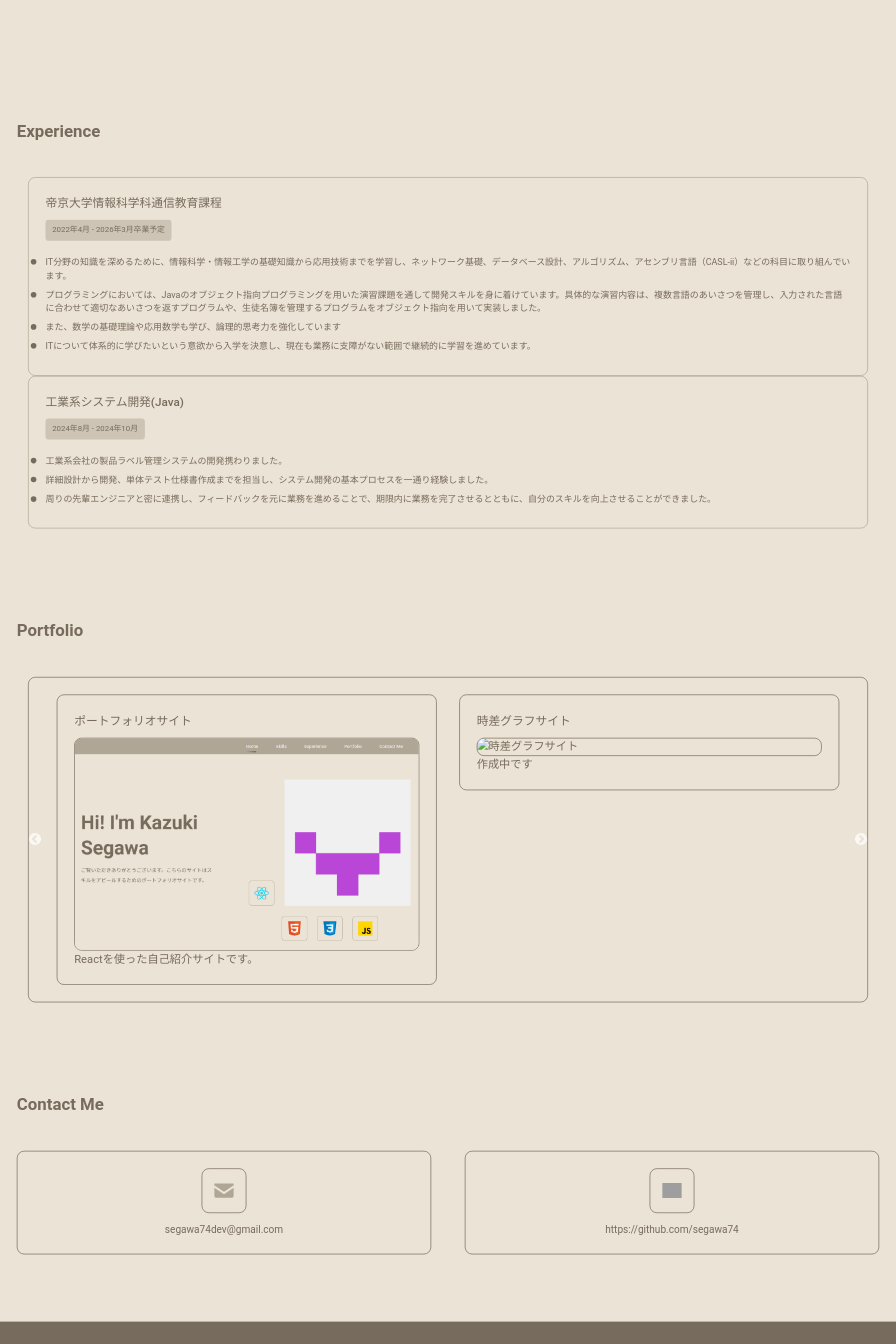
Repository: segawa74/SegawaSite
Page: /
The author's editor kept a copy of each file at every save. The page is drawn from the files as they stood at one save, then again after the next save.
The browser window is 1280 px wide. The pictures show the part of the page from y = 1100 to 3020 px (the page is 3020 px tall before and 2830 px after), at 70% of full size.
Pictures or frames that could not be fetched are drawn as grey boxes. The project was rebuilt for these pictures with package versions that can differ from the ones it lists, and the page was loaded fresh each time. Also part of the build but not shown: vite.config.ts.

Above is the page before, as saved 2024-10-23 18:57:52.

### src/main.tsx
import { StrictMode } from "react";
import { createRoot } from "react-dom/client";
import App from "./App.js";
import "./index.css";
import "slick-carousel/slick/slick.css";
import "slick-carousel/slick/slick-theme.css";

const rootElement = document.getElementById("root");

if (rootElement) {
  createRoot(rootElement).render(
    <StrictMode>
      <App />
    </StrictMode>
  );
} else {
  console.error("Root element not found");
}

### src/App.tsx
import "./App.css";
import Hero from "./components/Hero/Hero";
import Navbar from "./components/Navbar/Navbar";
import Skills from "./components/Skills/Skills";
import Experience from "./components/Experience/Experience";
import Portfolio from "./components/Portfolio/Portfolio";
import ContactMe from "./components/ContactMe/ContactMe";
import Footer from "./components/Footer/Footer";

function App() {
  return (
    <>
      <Navbar />
      <div className="container">
        <Hero />
        <Skills />
        <Experience />
        <Portfolio />
        <ContactMe />
      </div>
      <Footer />
    </>
  );
}

export default App;

### src/index.css
@import url("https://fonts.googleapis.com/css2?family=Material+Symbols+Outlined");

@tailwind base;
@tailwind components;
@tailwind utilities;

* {
  font-family: Roboto, 'Noto Sans JP', sans-serif;
  margin: 0;
  box-sizing: border-box;
}

body {

  color: #776B5D;
  background-color: #EBE3D5;
}

### src/App.css
.container {
  max-width: 1300px !important;
  margin: 0 auto;
  position: relative;
}

@media (max-width: 1300px) {
  .container {
    padding: 0 1.5rem;
  }
}

@media (max-width: 1380px) {
  .container {
    padding: 0 1.5rem;
  }
}

### src/components/Hero/Hero.tsx
import { Button } from "@/components/ui/button";
import { motion } from "framer-motion";

const techIcons = [
  { src: "/assets/images/img01.png", alt: "Technology 1" },
  { src: "/assets/images/img02.png", alt: "Technology 2" },
  { src: "/assets/images/img03.png", alt: "Technology 3" },
  { src: "/assets/images/img04.png", alt: "Technology 4" },
];

const Hero: React.FC = () => {
  return (
    <section id="hero" className="py-20 md:py-32 bg-background">
      <div className="container mx-auto px-4 flex flex-col md:flex-row items-center justify-between">
        <motion.div
          initial={{ opacity: 0, y: 20 }}
          animate={{ opacity: 1, y: 0 }}
          transition={{ duration: 0.5 }}
          className="md:w-1/2 mb-10 md:mb-0"
        >
          <h1 className="text-4xl md:text-5xl font-bold mb-4 text-foreground">
            Hi! I&apos;m Kazuki Segawa
          </h1>
          <p className="text-lg mb-6 text-muted-foreground">
            ご覧いただきありがとうございます。こちらのサイトはスキルをアピールするためのポートフォリオサイトです。
          </p>
          <Button asChild>
            <a href="#contact">お問い合わせ</a>
          </Button>
        </motion.div>

        <motion.div
          initial={{ opacity: 0, scale: 0.9 }}
          animate={{ opacity: 1, scale: 1 }}
          transition={{ duration: 0.5 }}
          className="md:w-1/2 flex flex-col items-center"
        >
          <div className="relative mb-8">
            <img
              src="/assets/images/identicon.png"
              alt="Kazuki Segawa"
              className="w-48 h-48 rounded-full shadow-lg"
            />
          </div>
          <div className="grid grid-cols-4 gap-4">
            {techIcons.map((icon, index) => (
              <motion.div
                key={index}
                initial={{ opacity: 0, y: 20 }}
                animate={{ opacity: 1, y: 0 }}
                transition={{ duration: 0.5, delay: index * 0.1 }}
              >
                <img
                  src={icon.src}
                  alt={icon.alt}
                  className="w-12 h-12 object-contain"
                />
              </motion.div>
            ))}
          </div>
        </motion.div>
      </div>
    </section>
  );
};

export default Hero;

### src/components/Navbar/Navbar.tsx
"use client";

import * as React from "react";
import { Link } from "react-scroll";
import { Menu } from "lucide-react";
import { Button } from "@/components/ui/button";
import { Sheet, SheetContent, SheetTrigger } from "@/components/ui/sheet";
import { cn } from "@/lib/utils";

const menuItems = [
  { name: "Home", to: "hero", offset: -80 },
  { name: "Skills", to: "skills", offset: -120 },
  { name: "Experience", to: "exp", offset: -100 },
  { name: "Portfolio", to: "pf", offset: -100 },
  { name: "Contact Me", to: "contact-me", offset: -100 },
];

export function NavBar() {
  const [activeSection, setActiveSection] = React.useState("");

  const handleSetActive = (to: string) => {
    setActiveSection(to);
  };

  return (
    <nav className="sticky top-0 z-30 w-full backdrop-blur-sm bg-background/80 border-b border-border">
      <div className="container flex h-16 items-center justify-between">
        <div className="flex items-center space-x-4">
          {menuItems.map((item) => (
            <Link
              key={item.to}
              activeClass="text-primary font-semibold"
              to={item.to}
              spy={true}
              smooth={true}
              offset={item.offset}
              onSetActive={() => handleSetActive(item.to)}
              className={cn(
                "text-sm font-medium transition-colors hover:text-primary",
                activeSection === item.to
                  ? "text-primary font-semibold"
                  : "text-muted-foreground"
              )}
            >
              {item.name}
            </Link>
          ))}
        </div>
        <Sheet>
          <SheetTrigger asChild>
            <Button variant="outline" size="icon" className="md:hidden">
              <Menu className="h-5 w-5" />
              <span className="sr-only">Toggle menu</span>
            </Button>
          </SheetTrigger>
          <SheetContent side="right">
            <MobileNav />
          </SheetContent>
        </Sheet>
      </div>
    </nav>
  );
}

function MobileNav() {
  return (
    <div className="flex flex-col space-y-4 mt-4">
      {menuItems.map((item) => (
        <Link
          key={item.to}
          to={item.to}
          spy={true}
          smooth={true}
          offset={item.offset}
          className="text-sm font-medium transition-colors hover:text-primary"
        >
          {item.name}
        </Link>
      ))}
    </div>
  );
}

export default NavBar;

### src/components/Experience/Experience.tsx
import "./Experience.css";
import ExperienceCard from "./ExperienceCard/ExperienceCard";
import { EXPERIENCE } from "../../utils/data";

interface ExperienceDetails {
  title: string;
  date: string;
  responsibilities: string[];
}

const Experience: React.FC = () => {
  return (
    <section id="exp" className="experience-container">
      <h5>Experience</h5>

      <div className="experience-content">
        {EXPERIENCE.map((item: ExperienceDetails) => (
          <ExperienceCard key={item.title} details={item} />
        ))}
      </div>
    </section>
  );
};

export default Experience;

### src/components/Portfolio/Portfolio.tsx
import { useRef } from "react";
import "./Portfolio.css";
import { PORTFOLIO } from "../../utils/data";
import PortfolioCard from "./PortfolioCard/PortfolioCard";
import Slider from "react-slick";

interface PortfolioItem {
  title: string;
}

const Portfolio = () => {
  const sliderRef = useRef<Slider>(null);

  const settings = {
    dots: false,
    infinite: true,
    speed: 500,
    slidesToShow: 2,
    slidesToScroll: 1,
    arrows: true,
    responsive: [
      {
        breakpoint: 769,
        settings: {
          slidesToShow: 1,
          slidesToScroll: 1,
        },
      },
    ],
  };

  return (
    <section id="pf" className="portfolio-container">
      <h5>Portfolio</h5>

      <div className="portfolio-item">
        <Slider ref={sliderRef} {...settings}>
          {PORTFOLIO.map((item: PortfolioItem) => (
            <PortfolioCard key={item.title} details={item} />
          ))}
        </Slider>
      </div>
    </section>
  );
};

export default Portfolio;

### src/components/ContactMe/ContactMe.tsx
import "./ContactMe.css";
import ContactInfoCard from "./ContactInfoCard/ContactInfoCard";

const ContactMe: React.FC = () => {
  return (
    <section id="contact-me" className="contact-container">
      <h5>Contact Me</h5>

      <div className="contact-content">
        <ContactInfoCard
          iconUrl="./assets/images/email-icon.svg"
          text="segawa74dev@gmail.com"
        />
        <a
          href="https://github.com/segawa74"
          target="_blank"
          rel="noopener noreferrer"
        >
          <ContactInfoCard
            iconUrl="./assets/images/github-icon.svg"
            text="https://github.com/segawa74"
          />
        </a>
      </div>
    </section>
  );
};

export default ContactMe;

### src/components/Footer/Footer.tsx
import "./Footer.css";

const Footer: React.FC = () => {
  return <div className="footer"></div>;
};

export default Footer;

### src/components/ui/button.tsx
import * as React from "react"
import { Slot } from "@radix-ui/react-slot"
import { cva, type VariantProps } from "class-variance-authority"

import { cn } from "@/lib/utils"

const buttonVariants = cva(
  "inline-flex items-center justify-center gap-2 whitespace-nowrap rounded-md text-sm font-medium ring-offset-background transition-colors focus-visible:outline-none focus-visible:ring-2 focus-visible:ring-ring focus-visible:ring-offset-2 disabled:pointer-events-none disabled:opacity-50 [&_svg]:pointer-events-none [&_svg]:size-4 [&_svg]:shrink-0",
  {
    variants: {
      variant: {
        default: "bg-primary text-primary-foreground hover:bg-primary/90",
        destructive:
          "bg-destructive text-destructive-foreground hover:bg-destructive/90",
        outline:
          "border border-input bg-background hover:bg-accent hover:text-accent-foreground",
        secondary:
          "bg-secondary text-secondary-foreground hover:bg-secondary/80",
        ghost: "hover:bg-accent hover:text-accent-foreground",
        link: "text-primary underline-offset-4 hover:underline",
      },
      size: {
        default: "h-10 px-4 py-2",
        sm: "h-9 rounded-md px-3",
        lg: "h-11 rounded-md px-8",
        icon: "h-10 w-10",
      },
    },
    defaultVariants: {
      variant: "default",
      size: "default",
    },
  }
)

export interface ButtonProps
  extends React.ButtonHTMLAttributes<HTMLButtonElement>,
    VariantProps<typeof buttonVariants> {
  asChild?: boolean
}

const Button = React.forwardRef<HTMLButtonElement, ButtonProps>(
  ({ className, variant, size, asChild = false, ...props }, ref) => {
    const Comp = asChild ? Slot : "button"
    return (
      <Comp
        className={cn(buttonVariants({ variant, size, className }))}
        ref={ref}
        {...props}
      />
    )
  }
)
Button.displayName = "Button"

export { Button, buttonVariants }

### src/components/ui/card.tsx
import * as React from "react"

import { cn } from "@/lib/utils"

const Card = React.forwardRef<
  HTMLDivElement,
  React.HTMLAttributes<HTMLDivElement>
>(({ className, ...props }, ref) => (
  <div
    ref={ref}
    className={cn(
      "rounded-lg border bg-card text-card-foreground shadow-sm",
      className
    )}
    {...props}
  />
))
Card.displayName = "Card"

const CardHeader = React.forwardRef<
  HTMLDivElement,
  React.HTMLAttributes<HTMLDivElement>
>(({ className, ...props }, ref) => (
  <div
    ref={ref}
    className={cn("flex flex-col space-y-1.5 p-6", className)}
    {...props}
  />
))
CardHeader.displayName = "CardHeader"

const CardTitle = React.forwardRef<
  HTMLParagraphElement,
  React.HTMLAttributes<HTMLHeadingElement>
>(({ className, ...props }, ref) => (
  <h3
    ref={ref}
    className={cn(
      "text-2xl font-semibold leading-none tracking-tight",
      className
    )}
    {...props}
  />
))
CardTitle.displayName = "CardTitle"

const CardDescription = React.forwardRef<
  HTMLParagraphElement,
  React.HTMLAttributes<HTMLParagraphElement>
>(({ className, ...props }, ref) => (
  <p
    ref={ref}
    className={cn("text-sm text-muted-foreground", className)}
    {...props}
  />
))
CardDescription.displayName = "CardDescription"

const CardContent = React.forwardRef<
  HTMLDivElement,
  React.HTMLAttributes<HTMLDivElement>
>(({ className, ...props }, ref) => (
  <div ref={ref} className={cn("p-6 pt-0", className)} {...props} />
))
CardContent.displayName = "CardContent"

const CardFooter = React.forwardRef<
  HTMLDivElement,
  React.HTMLAttributes<HTMLDivElement>
>(({ className, ...props }, ref) => (
  <div
    ref={ref}
    className={cn("flex items-center p-6 pt-0", className)}
    {...props}
  />
))
CardFooter.displayName = "CardFooter"

export { Card, CardHeader, CardFooter, CardTitle, CardDescription, CardContent }

### src/components/ui/badge.tsx
import * as React from "react"
import { cva, type VariantProps } from "class-variance-authority"

import { cn } from "@/lib/utils"

const badgeVariants = cva(
  "inline-flex items-center rounded-full border px-2.5 py-0.5 text-xs font-semibold transition-colors focus:outline-none focus:ring-2 focus:ring-ring focus:ring-offset-2",
  {
    variants: {
      variant: {
        default:
          "border-transparent bg-primary text-primary-foreground hover:bg-primary/80",
        secondary:
          "border-transparent bg-secondary text-secondary-foreground hover:bg-secondary/80",
        destructive:
          "border-transparent bg-destructive text-destructive-foreground hover:bg-destructive/80",
        outline: "text-foreground",
      },
    },
    defaultVariants: {
      variant: "default",
    },
  }
)

export interface BadgeProps
  extends React.HTMLAttributes<HTMLDivElement>,
    VariantProps<typeof badgeVariants> {}

function Badge({ className, variant, ...props }: BadgeProps) {
  return (
    <div className={cn(badgeVariants({ variant }), className)} {...props} />
  )
}

export { Badge, badgeVariants }

### src/utils/data.ts
interface Skill {
  skill: string;
  skillLevel: string;
  percentage: string;
}

interface SkillSection {
  title: string;
  icon: string;
  skills: Skill[];
}

interface Experience {
  title: string;
  date: string;
  responsibilities: string[];
}

interface PortfolioItem {
  title: string;
  link: string;
  img: string;
  comment?: string;
}

export const SKILLS: SkillSection[] = [
  {
    title: "Frontend",
    icon: "./assets/images/frontend-icon.svg",
    skills: [
      { skill: "HTML5", skillLevel: "Entry", percentage: "40%" },
      { skill: "CSS3", skillLevel: "Entry", percentage: "40%" },
      { skill: "JavaScript", skillLevel: "Entry", percentage: "40%" },
      { skill: "React.js", skillLevel: "Studying", percentage: "20%" },
    ],
  },
  {
    title: "Backend",
    icon: "./assets/images/backend-icon.svg",
    skills: [
      { skill: "Node.js", skillLevel: "Studying", percentage: "20%" },
      { skill: "Express.js", skillLevel: "Studying", percentage: "20%" },
      { skill: "Java", skillLevel: "Entry", percentage: "40%" },
    ],
  },
  {
    title: "Data Base",
    icon: "./assets/images/database-icon.svg",
    skills: [
      { skill: "PostgreSQL", skillLevel: "Entry", percentage: "40%" },
      { skill: "MongoDB", skillLevel: "Entry", percentage: "40%" },
      { skill: "Oracle", skillLevel: "Entry", percentage: "40%" },
    ],
  },
  {
    title: "Tools",
    icon: "./assets/images/tools-icon.svg",
    skills: [
      { skill: "Git & GitHub", skillLevel: "Studying", percentage: "20%" },
      { skill: "Visual Studio Code", skillLevel: "Entry", percentage: "40%" },
      { skill: "Eclipse", skillLevel: "Entry", percentage: "40%" },
    ],
  },
];

export const EXPERIENCE: Experience[] = [
  {
    title: "帝京大学情報科学科通信教育課程",
    date: "2022年4月 - 2026年3月卒業予定",
    responsibilities: [
      "IT分野の知識を深めるために、情報科学・情報工学の基礎知識から応用技術までを学習し、ネットワーク基礎、データベース設計、アルゴリズム、アセンブリ言語（CASL-ii）などの科目に取り組んでいます。",
      "プログラミングにおいては、Javaのオブジェクト指向プログラミングを用いた演習課題を通して開発スキルを身に着けています。具体的な演習内容は、複数言語のあいさつを管理し、入力された言語に合わせて適切なあいさつを返すプログラムや、生徒名簿を管理するプログラムをオブジェクト指向を用いて実装しました。",
      "また、数学の基礎理論や応用数学も学び、論理的思考力を強化しています",
      "ITについて体系的に学びたいという意欲から入学を決意し、現在も業務に支障がない範囲で継続的に学習を進めています。",
    ],
  },
  {
    title: "工業系システム開発(Java)",
    date: "2024年8月 - 2024年10月",
    responsibilities: [
      "工業系会社の製品ラベル管理システムの開発携わりました。",
      "詳細設計から開発、単体テスト仕様書作成までを担当し、システム開発の基本プロセスを一通り経験しました。",
      "周りの先輩エンジニアと密に連携し、フィードバックを元に業務を進めることで、期限内に業務を完了させるとともに、自分のスキルを向上させることができました。",
    ],
  },
];

export const PORTFOLIO: PortfolioItem[] = [
  {
    title: "ポートフォリオサイト",
    link: "#",
    img: "./assets/images/site-01.png",
    comment: "Reactを使った自己紹介サイトです。",
  },
  {
    title: "時差グラフサイト",
    link: "#",
    img: "#",
    comment: "作成中です",
  },
];

### src/components/Experience/Experience.css
.experience-container {
  margin: 8rem 0;
  position: relative;
}

.experience-container h5 {
  font-size: 1.5rem;
  font-weight: 600;
  margin-bottom: 3rem;
}

@media (max-width: 768px) {
  .experience-container {
    margin: 4rem 0;
  }

  .experience-container h5 {
    font-size: 1.3rem;
    margin-bottom: 2rem;
  }
}

### src/components/Experience/ExperienceCard/ExperienceCard.tsx
import "./ExperienceCard.css";

interface ExperienceDetails {
  title: string;
  date: string;
  responsibilities: string[];
}

interface ExperienceCardProps {
  details: ExperienceDetails;
}

const ExperienceCard: React.FC<ExperienceCardProps> = ({ details }) => {
  return (
    <div className="experience-card">
      <h6>{details.title}</h6>

      <div className="duration">{details.date}</div>

      <ul>
        {details.responsibilities.map((item) => (
          <li key={item}>{item}</li>
        ))}
      </ul>
    </div>
  );
};

export default ExperienceCard;

### src/components/Portfolio/Portfolio.css
.portfolio-container {
  margin: 8rem 0;
  position: relative;
}

.portfolio-container h5 {
  font-size: 1.5rem;
  font-weight: 600;
  margin-bottom: 3rem;
}

.portfolio-item {
  background: #EBE3D5;
  border-radius: 0.65rem;
  border: 1.5px solid #776B5D;
  padding: 1.5rem;
  margin: 0 1rem;
}

.portfolio-item h6 {
  font-size: 1.05rem;
  font-weight: 500;
  margin-bottom: 0.7rem;
}

.portfolio-item ul li {
  list-style: none;
  font-size: 0.8rem;
  font-weight: 400;
  margin-bottom: 0.5rem;
  position: relative;
}

@media (max-width: 768px) {
  .portfolio-item {
    margin: 0;
  }

  .portfolio-item h6 {
    font-size: 0.95rem;
  }

  .portfolio-item ul li {
    font-size: 0.75rem;
  }

  .portfolio-container {
    margin: 4rem 0;
  }

  .portfolio-container h5 {
    font-size: 1.3rem;
    margin-bottom: 2rem;
  }
}

### src/components/Portfolio/PortfolioCard/PortfolioCard.tsx
import "./PortfolioCard.css";

interface PortfolioCardProps {
  details: {
    link: string;
    title: string;
    img: string;
    comment?: string;
  };
}

const PortfolioCard: React.FC<PortfolioCardProps> = ({ details }) => {
  return (
    <div className="portfolio-card">
      <a href={details.link} target="_blank" rel="noopener noreferrer">
        <h6>{details.title}</h6>

        <img src={details.img} alt={details.title} />
        {details.comment}
      </a>
    </div>
  );
};

export default PortfolioCard;

### src/components/ContactMe/ContactMe.css
.contact-container {
  margin: 4rem 0;
  position: relative;
}

.contact-container h5 {
  font-size: 1.5rem;
  font-weight: 600;
  margin-bottom: 3rem;
}

.contact-content {
  display: grid;
  grid-template-columns: repeat(2, 1fr);
  gap: 3rem;
}


.contact-content a {
  color: inherit;
  text-decoration: none;
}

@media (max-width: 768px) {
  .contact-content {
    grid-template-columns: 1fr;
  }

  .contact-container h5 {
    font-size: 1.3rem;
    margin-bottom: 1.5rem;
  }
}

### src/components/ContactMe/ContactInfoCard/ContactInfoCard.tsx
import "./ContactInfoCard.css";

interface ContactInfoCardProps {
  iconUrl: string;
  text: string;
}

const ContactInfoCard: React.FC<ContactInfoCardProps> = ({ iconUrl, text }) => {
  return (
    <div className="contact-details-card">
      <div className="icon">
        <img src={iconUrl} alt={text} />
      </div>
      <p>{text}</p>
    </div>
  );
};

export default ContactInfoCard;

### src/components/Footer/Footer.css
.footer {
    font-size: 0.8rem;
    text-align: center;
    background: #776B5D;
    padding: 1rem;
}

### src/components/Experience/ExperienceCard/ExperienceCard.css
.experience-card {
  background: #EBE3D5;
  border-radius: 0.65rem;
  border: 1.5px solid #B0A695;
  padding: 1.5rem;
  margin: 0 1rem;
}

.experience-card h6 {
  font-size: 1.05rem;
  font-weight: 500;
  margin-bottom: 0.7rem;
}

.duration {
  display: inline-block;
  font-size: 0.7rem;
  font-weight: 400;
  background: rgba(176, 166, 149, 0.5);
  border-radius: 0.3rem;
  padding: 0.4rem 0.6rem;
  margin-bottom: 1.3rem;
}

.experience-card ul li {
  list-style: none;
  font-size: 0.8rem;
  font-weight: 400;
  margin-bottom: 0.5rem;
  position: relative;
}

.experience-card ul li::after {
  content: " ";
  width: 0.5rem;
  height: 0.5rem;
  background-color: #776B5D;
  border-radius: 0.5rem;
  position: absolute;
  left: -1.3rem;
  top: 0.35rem;
}

@media (max-width: 768px) {
  .experience-card {
    margin: 0;
  }

  .experience-card h6 {
    font-size: 0.95rem;
  }

  .experience-card ul li {
    font-size: 0.75rem;
  }
}

### src/components/Portfolio/PortfolioCard/PortfolioCard.css
.portfolio-card {
    background: #EBE3D5;
    border-radius: 0.65rem;
    border: 1.5px solid #776B5D;
    padding: 1.5rem;
    margin: 0 1rem;
}

.portfolio-card h6 {
    font-size: 1.05rem;
    font-weight: 500;
    margin-bottom: 0.7rem;
}

.portfolio-card ul li {
    list-style: none;
    font-size: 0.8rem;
    font-weight: 400;
    margin-bottom: 0.5rem;
    position: relative;
}

.portfolio-card img {
    width: 100%;
    border-radius: 0.65rem;
    border: 1.5px solid #776B5D;
}

.portfolio-card a {
    color: inherit;
    text-decoration: none;
}

@media (max-width: 768px) {
    .portfolio-card {
        margin: 0;
    }

    .portfolio-card h6 {
        font-size: 0.95rem;
    }

    .portfolio-card ul li {
        font-size: 0.75rem;
    }
}

### src/components/ContactMe/ContactInfoCard/ContactInfoCard.css
.contact-details-card {
  display: flex;
  flex-direction: column;
  align-items: center;
  justify-content: space-around;
  background: #EBE3D5;
  border-radius: 0.65rem;
  border: 1.5px solid #776B5D;
  padding: 1.5rem;
  margin-bottom: 2rem;
}

.contact-details-card .icon {
  width: 4rem;
  height: 4rem;
  display: flex;
  align-items: center;
  justify-content: center;
  border-radius: 0.5rem;
  background: #EBE3D5;
  border-radius: 0.65rem;
  border: 1.5px solid #776B5D;
  margin-bottom: 0.8rem;
}

.icon img {
  width: 1.8rem;
  height: auto;
  object-fit: contain;
}

.contact-details-card p {
  font-size: 0.9rem;
  font-weight: 400;
  text-align: center;
}

@media (max-width: 400px) {
  .contact-details-card p {
    font-size: 0.8rem;
  }
}

Loaded but not shown: index.html (common file); src/lib/utils.ts (common file); tailwind.config.js (57 lines, source omitted); src/components/ui/sheet.tsx (138 lines, source omitted); src/components/Skills/Skills.tsx (101 lines, source omitted)

After the next save:
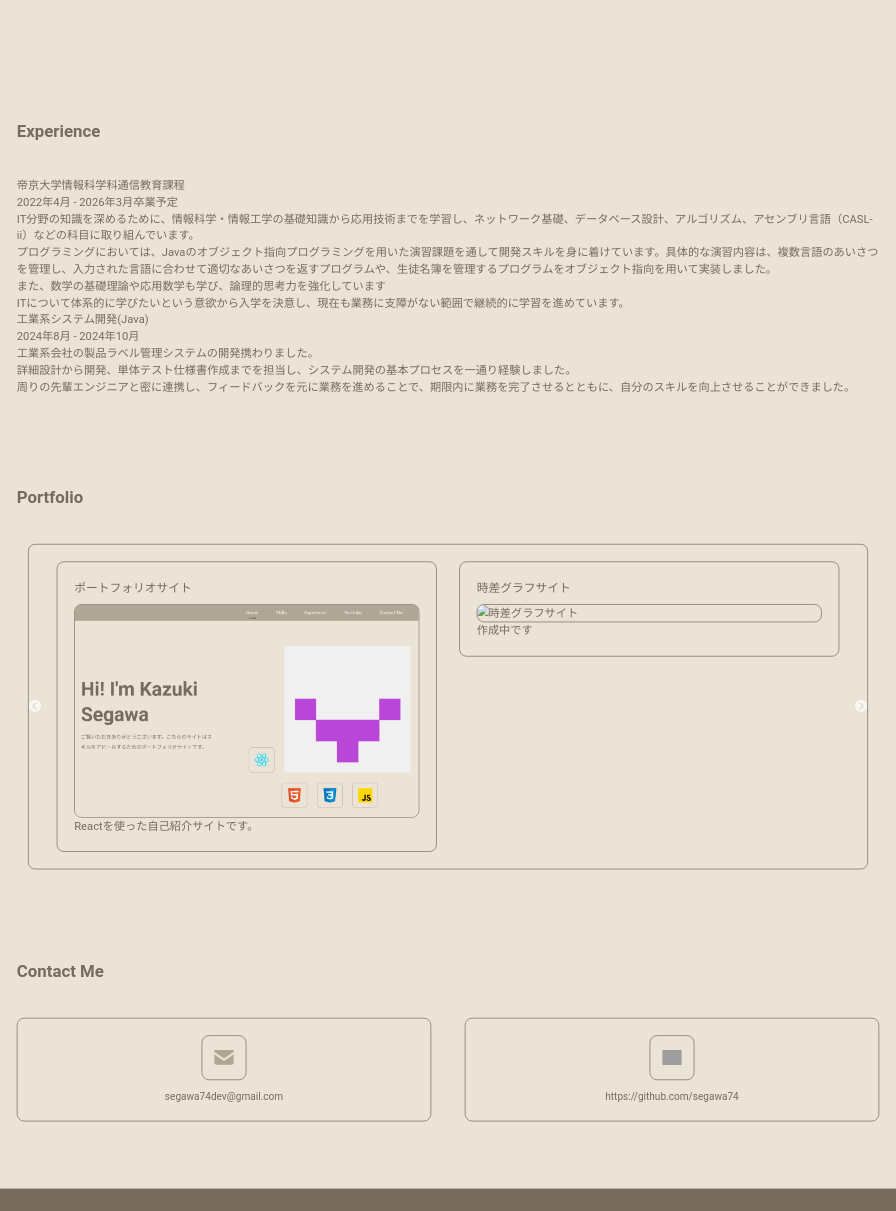
Saved 3 min 18 s later.
--- a/src/components/Experience/ExperienceCard/ExperienceCard.tsx
+++ b/src/components/Experience/ExperienceCard/ExperienceCard.tsx
@@ -1,4 +1,5 @@
-import "./ExperienceCard.css";
+import { Card, CardContent, CardHeader, CardTitle } from "@/components/ui/card";
+import { Badge } from "@/components/ui/badge";
 
 interface ExperienceDetails {
   title: string;
